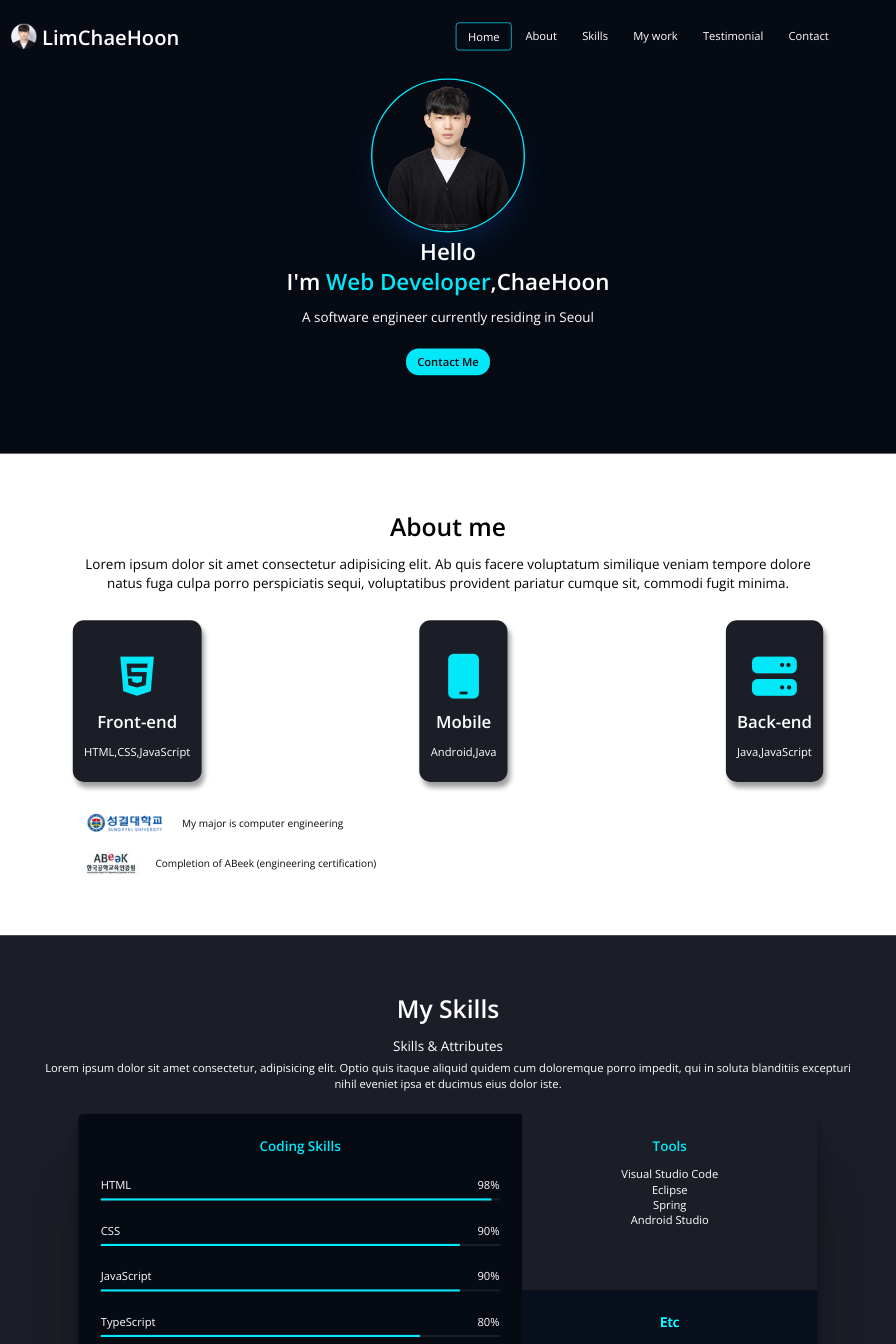
Repository: Iimchaehoon/portfollio
Page: index.html
These files come from the project's save history. The page is drawn as it stood at one moment and after the next save; the edit follows.
The browser window is 1280 px wide. The pictures show the part of the page from y = 0 to 1920 px (the page is 4147 px tall), at 70% of full size.
Some web libraries are served in a nearby version.

Above is the page before, as saved 2023-07-18 21:20:51.

After the next save:
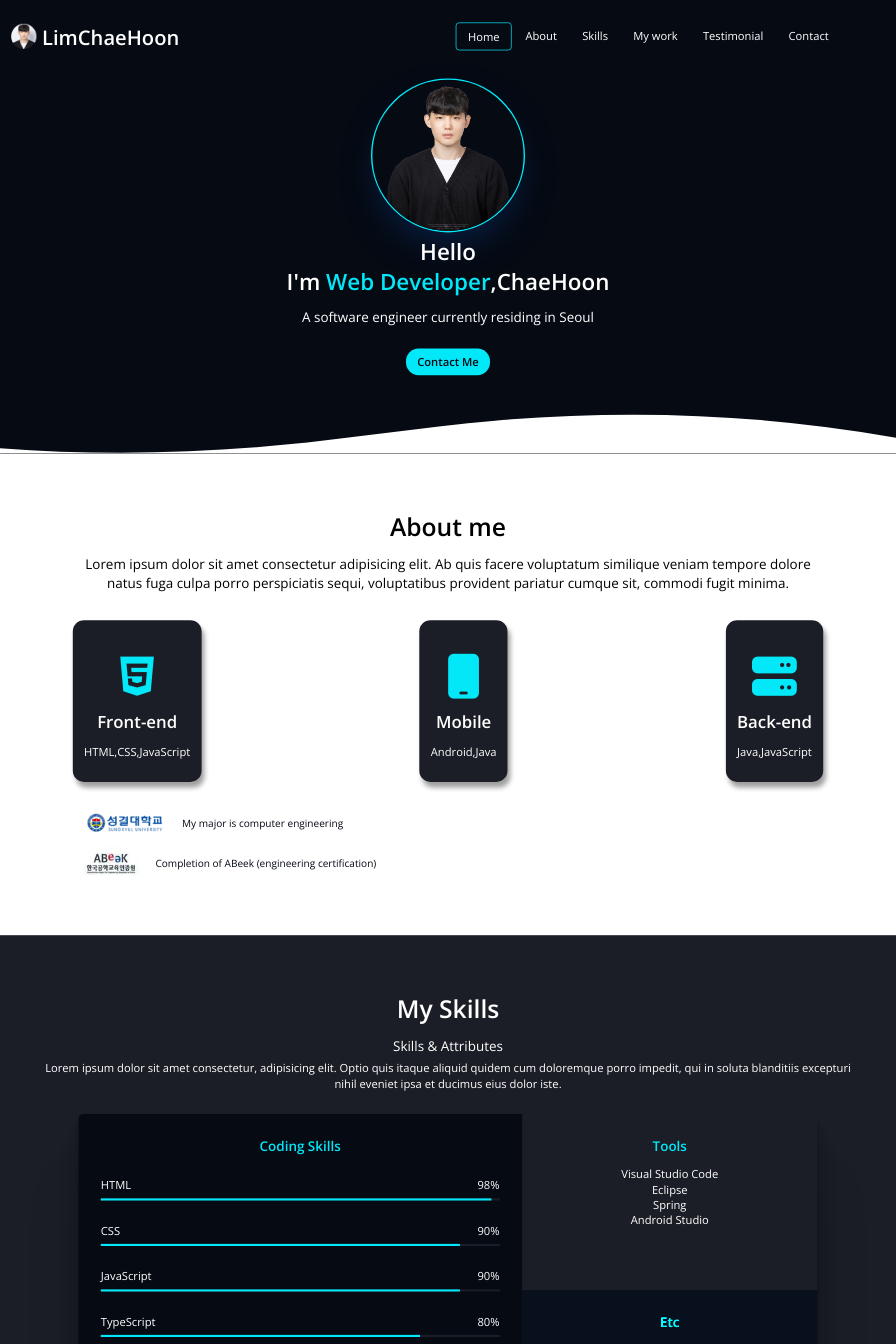
Saved 1 s later.
--- a/index.html
+++ b/index.html
@@ -80,6 +80,19 @@
           </p>
           <a class="home__contact" href="#contact">Contact Me</a>
         </div>
+        <div class="custom-shape-divider-bottom-1689682790">
+          <svg
+            data-name="Layer 1"
+            xmlns="http://www.w3.org/2000/svg"
+            viewBox="0 0 1200 120"
+            preserveAspectRatio="none"
+          >
+            <path
+              d="M321.39,56.44c58-10.79,114.16-30.13,172-41.86,82.39-16.72,168.19-17.73,250.45-.39C823.78,31,906.67,72,985.66,92.83c70.05,18.48,146.53,26.09,214.34,3V0H0V27.35A600.21,600.21,0,0,0,321.39,56.44Z"
+              class="shape-fill"
+            ></path>
+          </svg>
+        </div>
       </section>
 
       <!-- About -->
